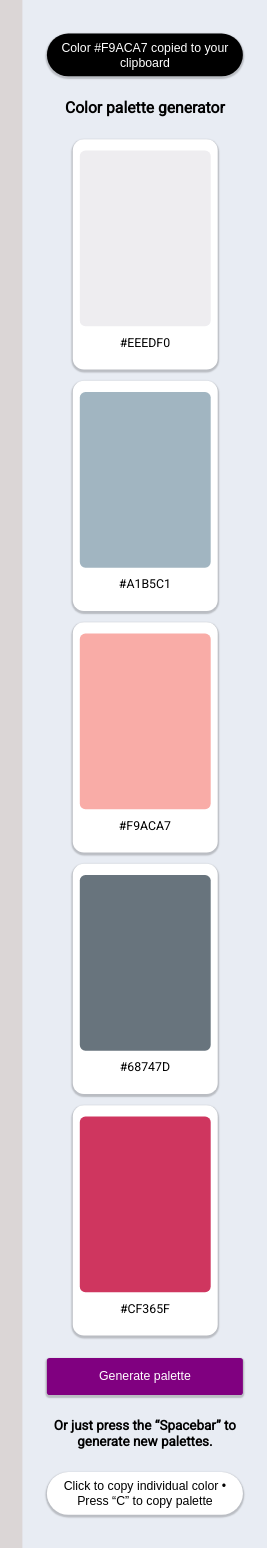
Repository: Hcmwebs/Color-Palette-Generator
Page: index.html
An editor plug-in stored every save of this project. The page is shown before and after the next save, followed by the edit.
The browser window is 375 px wide. The page is 382 px wide, then 375 px, then 382 px, so the pictures cover 382 px, including what lies to the right of the window. The pictures show the whole page, at 70% of full size.

Above is the page before, as saved 2020-08-09 01:10:58.

After the next save:
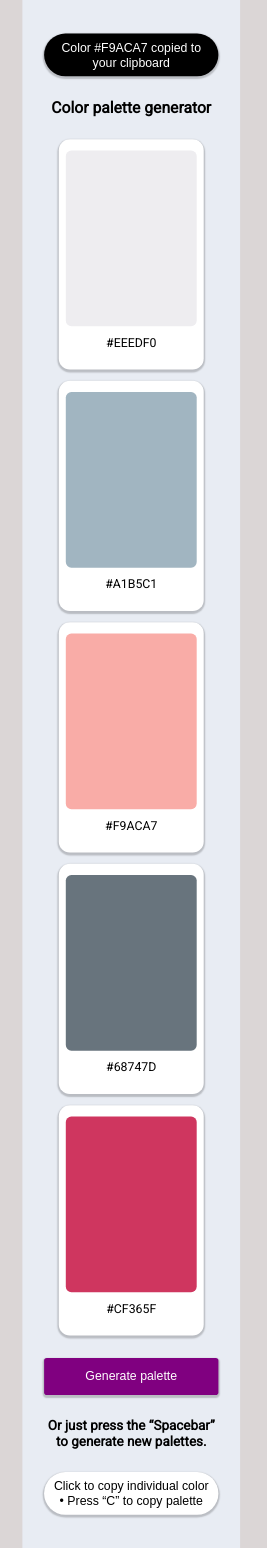
Saved 23 s later.
--- a/styles.css
+++ b/styles.css
@@ -146,7 +146,7 @@
 @media (max-width: 600px) {
   .container {
     width: 100%;
-    min-width: 350px;
+    min-width: 300px;
   }
   .card {
     grid-template-columns: 1fr;

After the save that followed:
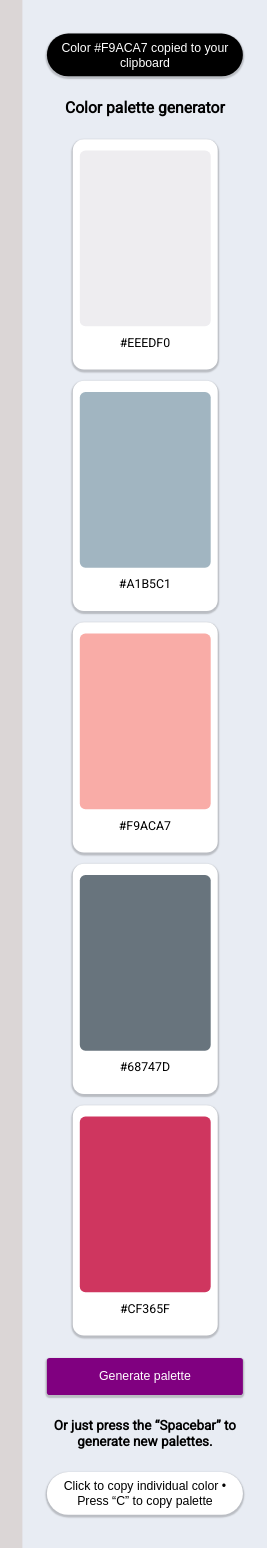
Saved 16 s later.
--- a/styles.css
+++ b/styles.css
@@ -146,7 +146,7 @@
 @media (max-width: 600px) {
   .container {
     width: 100%;
-    min-width: 300px;
+    min-width: 350px;
   }
   .card {
     grid-template-columns: 1fr;
